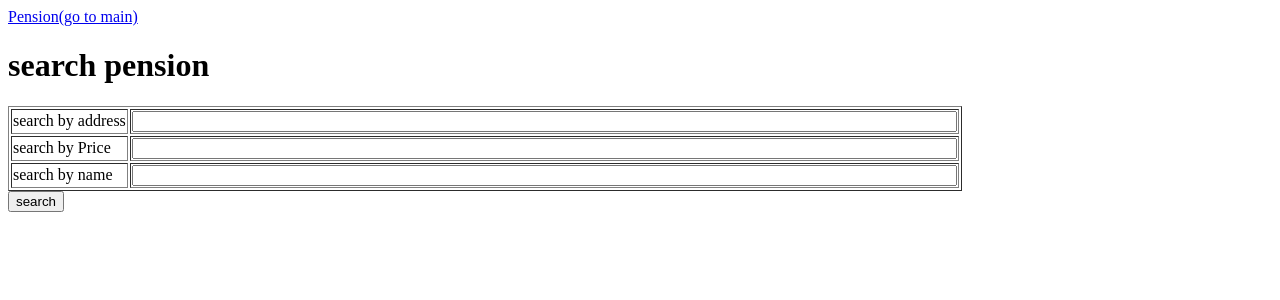
Repository: spero-spera/termproject
Page: http://localhost/pension/search.php
The author's editor kept a record of every edit. The page is drawn from the files as they stood at one moment, then again after the next edit.
The browser window is 1280 px wide. The pictures show the whole page.
The page is run by PHP 8.4 with error messages shown; the project is at /var/www/html/.

Above is the page before.

### pension/search.php
<div id="home"><a href="../index.php">Pension(go to main)</a></div>


<doctype html>

<html>
<head>
<title>search page</title>
</head>
<body>
<form name="add" method="post" action="pension_list.php">
 <h1>search pension</h1>
 <table border="1">
     <tr>
   <td>search by address</td>
   <td><input type="text" size="100" name="addr"></td>
  </tr>
     <tr>
   <td>search by Price</td>
   <td><input type="text" size="100" name="Price"></td>
  </tr>
    <tr>
   <td>search by name</td>
   <td><input type="text" size="100" name="name"></td>
  </tr>
  </table>
 <input type=submit value="search">
</form>
</body>
</html>

After the next edit:
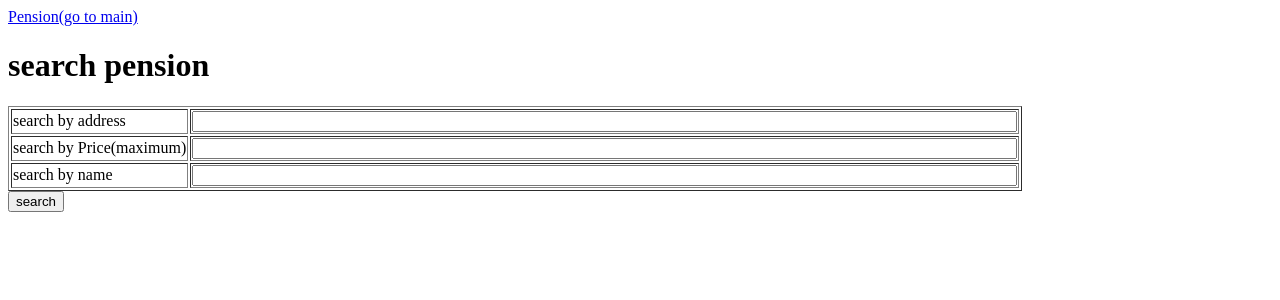
The edit:
--- a/pension/search.php
+++ b/pension/search.php
@@ -16,7 +16,7 @@
    <td><input type="text" size="100" name="addr"></td>
   </tr>
      <tr>
-   <td>search by Price</td>
+   <td>search by Price(maximum)</td>
    <td><input type="text" size="100" name="Price"></td>
   </tr>
     <tr>
